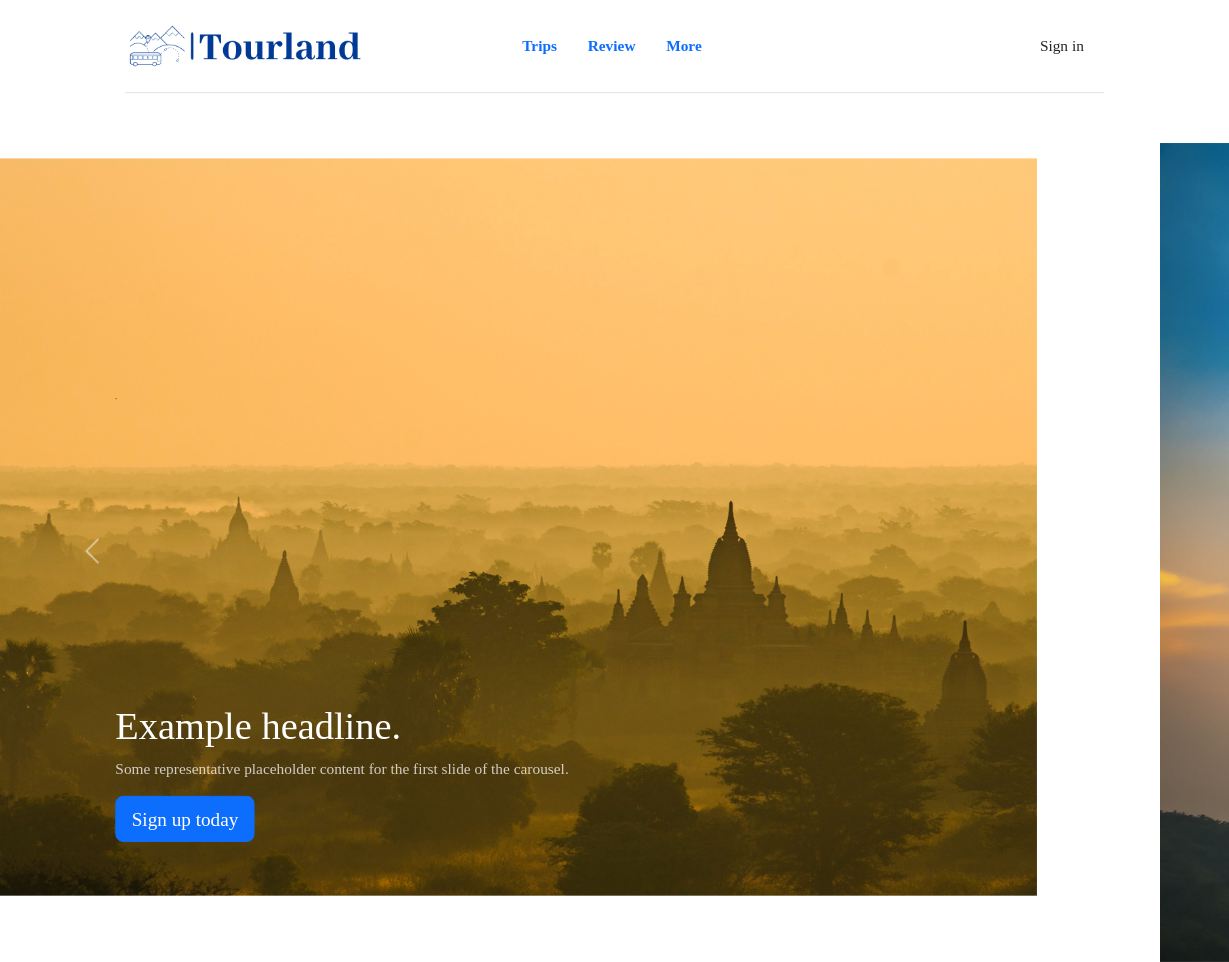
Repository: nyeinsu4520/tourland
Page: http://localhost/index
These files come from the project's save history. The page is drawn as it stood at one moment and after the next save; the edit follows.
The browser window is 1280 px wide. The pictures show the whole page, at 96% of full size.
Some web fonts or font styles are not loaded; a fallback is used. The page is this project's Thymeleaf template; nobody is signed in. The template is opened directly, without the code that normally fills it, so the values that code supplies are empty.

Above is the page before, as saved 2024-05-31 17:10:03.

After the next save:
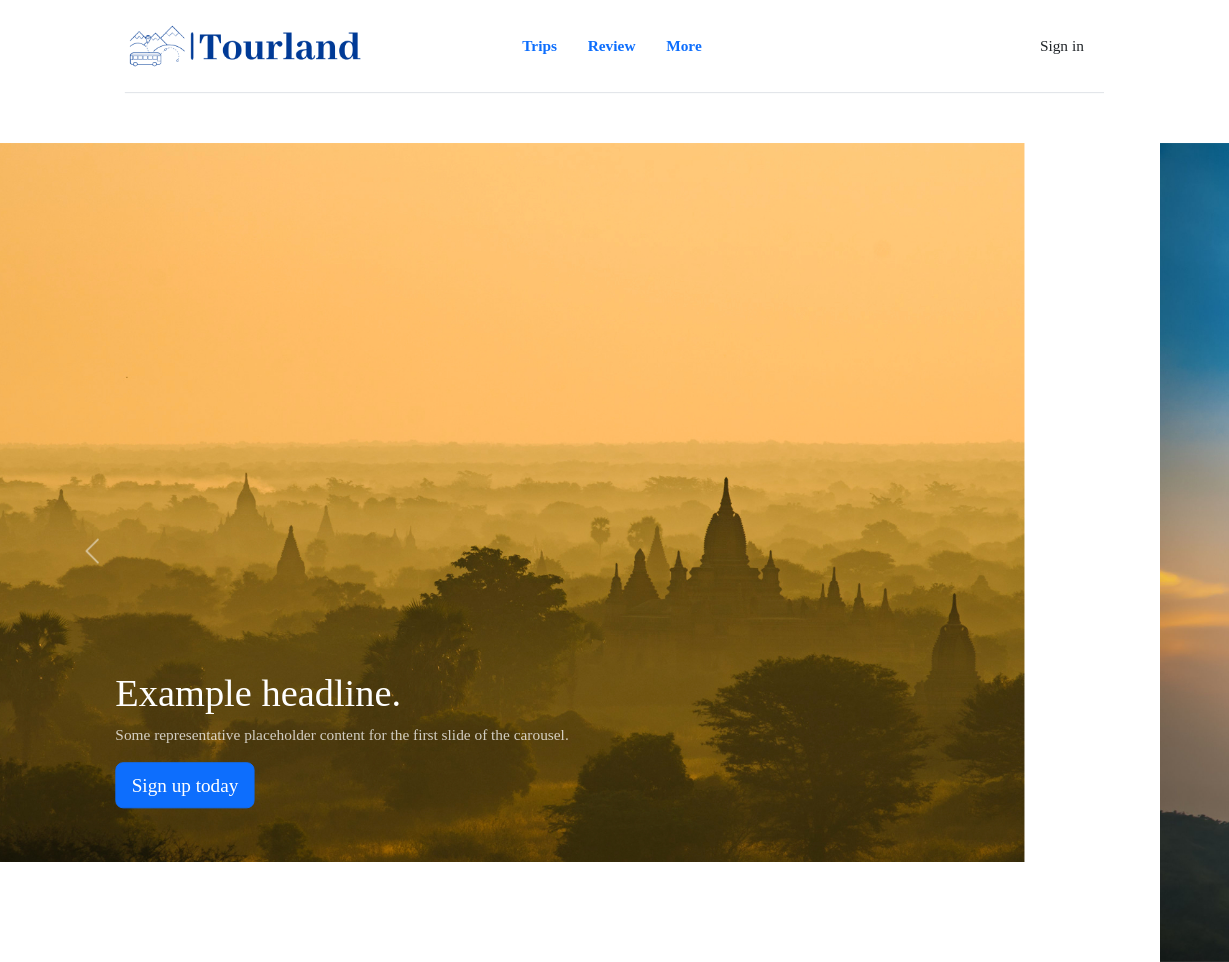
Saved 7 s later.
--- a/Tourland/src/main/resources/templates/index.html
+++ b/Tourland/src/main/resources/templates/index.html
@@ -85,7 +85,7 @@
         <button type="button" data-bs-target="#myCarousel" data-bs-slide-to="2" aria-label="Slide 3"></button>
       </div>
       <div class="carousel-inner">
-        <div class="carousel-item active mt-3">
+        <div class="carousel-item active px-3">
           <img src="./image/img/bagan1.jpg" width="90%" >
           <div class="container">
             <div class="carousel-caption text-start">
